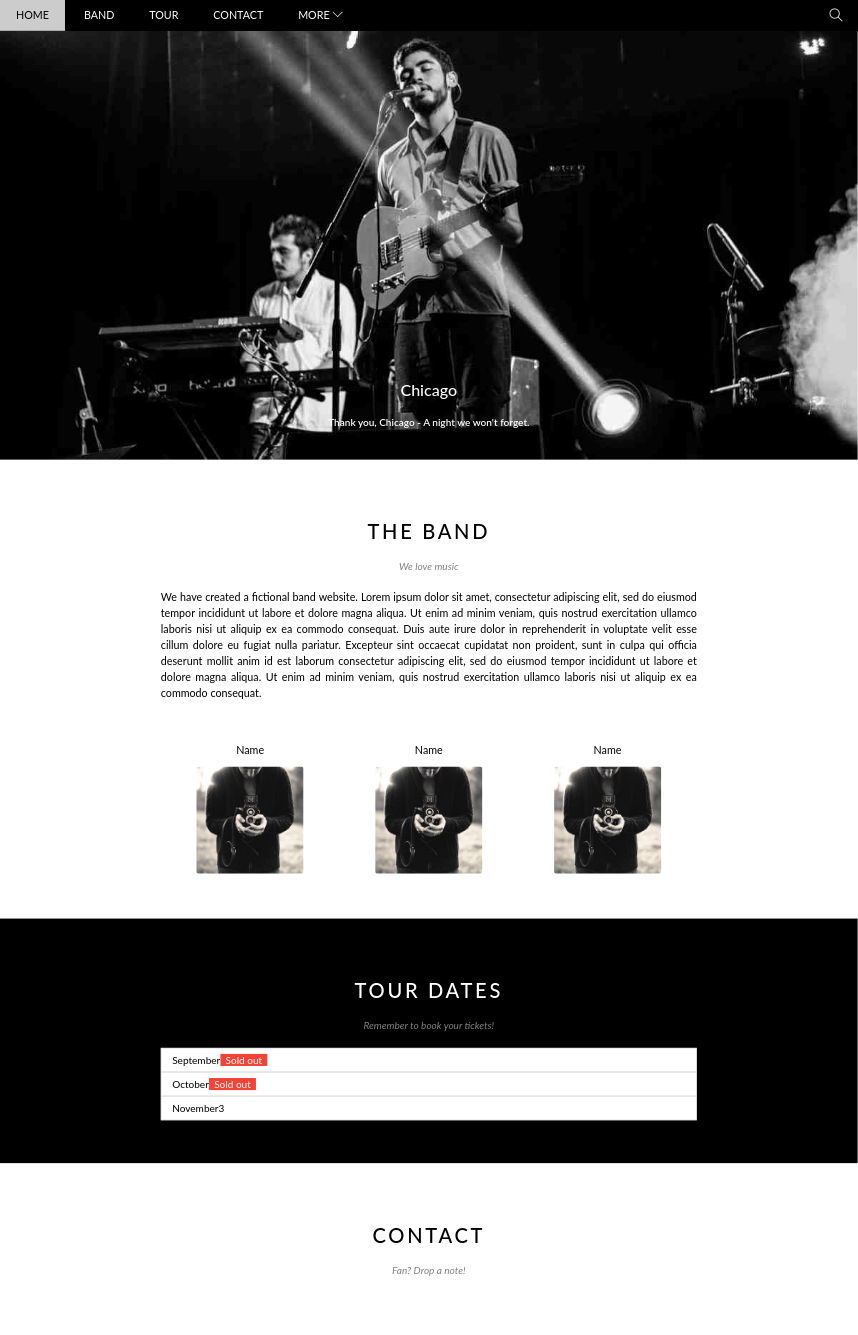
Repository: tatvanhco/web-dau-tay
Page: index.html
These files come from the project's save history. The page is drawn as it stood at one moment and after the next save; the edit follows.
The browser window is 1280 px wide. The pictures show the whole page, at 67% of full size.

Above is the page before, as saved 2022-01-23 19:39:21.

After the next save:
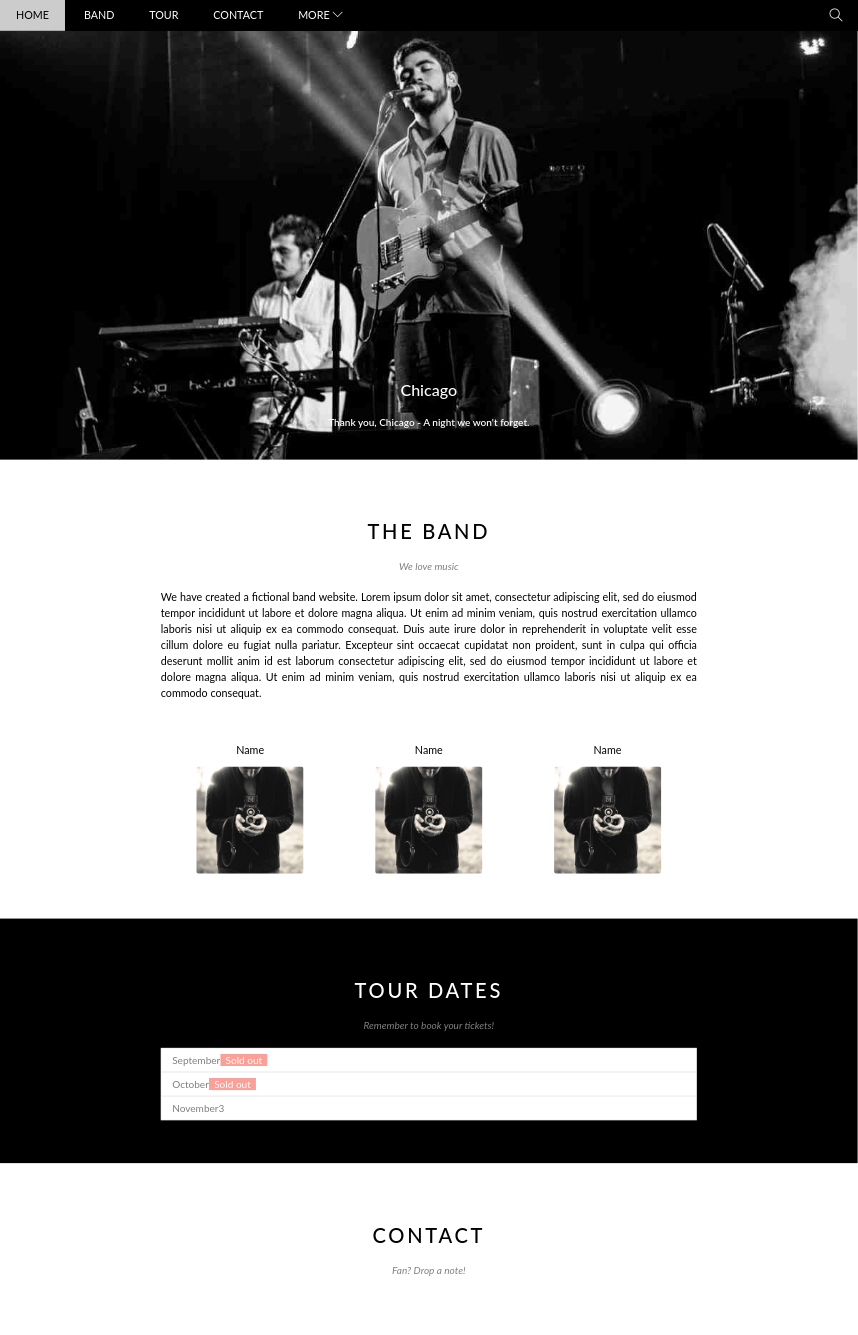
Saved 56 s later.
--- a/assets/css/style.css
+++ b/assets/css/style.css
@@ -183,10 +183,11 @@ body {
 
 .ticket-list {
     background-color: #fff;
-    font-size: 15px;
 }
 
 .ticket-list li {
+    font-size: 15px;
+    opacity: 0.5;
     border: 1px solid #ddd;
     padding: 8px 16px;
 }
